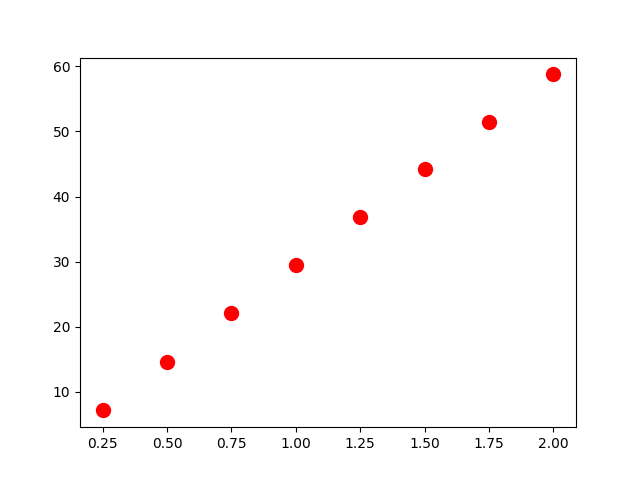
Repository: GreenSheep-Studio/PythonLearning
Script's output: python TableViwer.py
An editor plug-in stored every save of this project. The script's output is shown before and after the next save, followed by the edit.
Random numbers start from a fixed seed.

Above is the script's output before, as saved 2023-11-01 14:16:16.

After the next save:
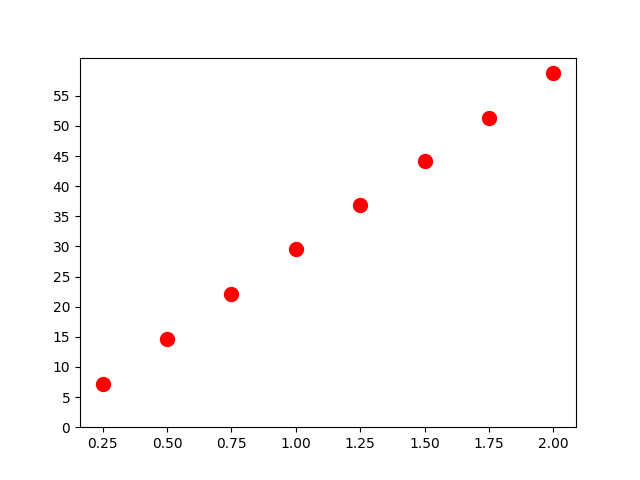
Saved 5 min 13 s later.
--- a/TableViwer.py
+++ b/TableViwer.py
@@ -3,4 +3,6 @@ import numpy as np
 Uh = [7.175,14.61,22.05,29.525,36.825,44.2,51.375,58.75]
 Im = [0.25,0.5,0.75,1,1.25,1.5,1.75,2]
 plt.scatter(Im, Uh, s=100, c='r', marker='o', label='Uh')
+y_ticks = np.arange(0, 60, 5)
+plt.yticks(y_ticks)
 plt.show()
